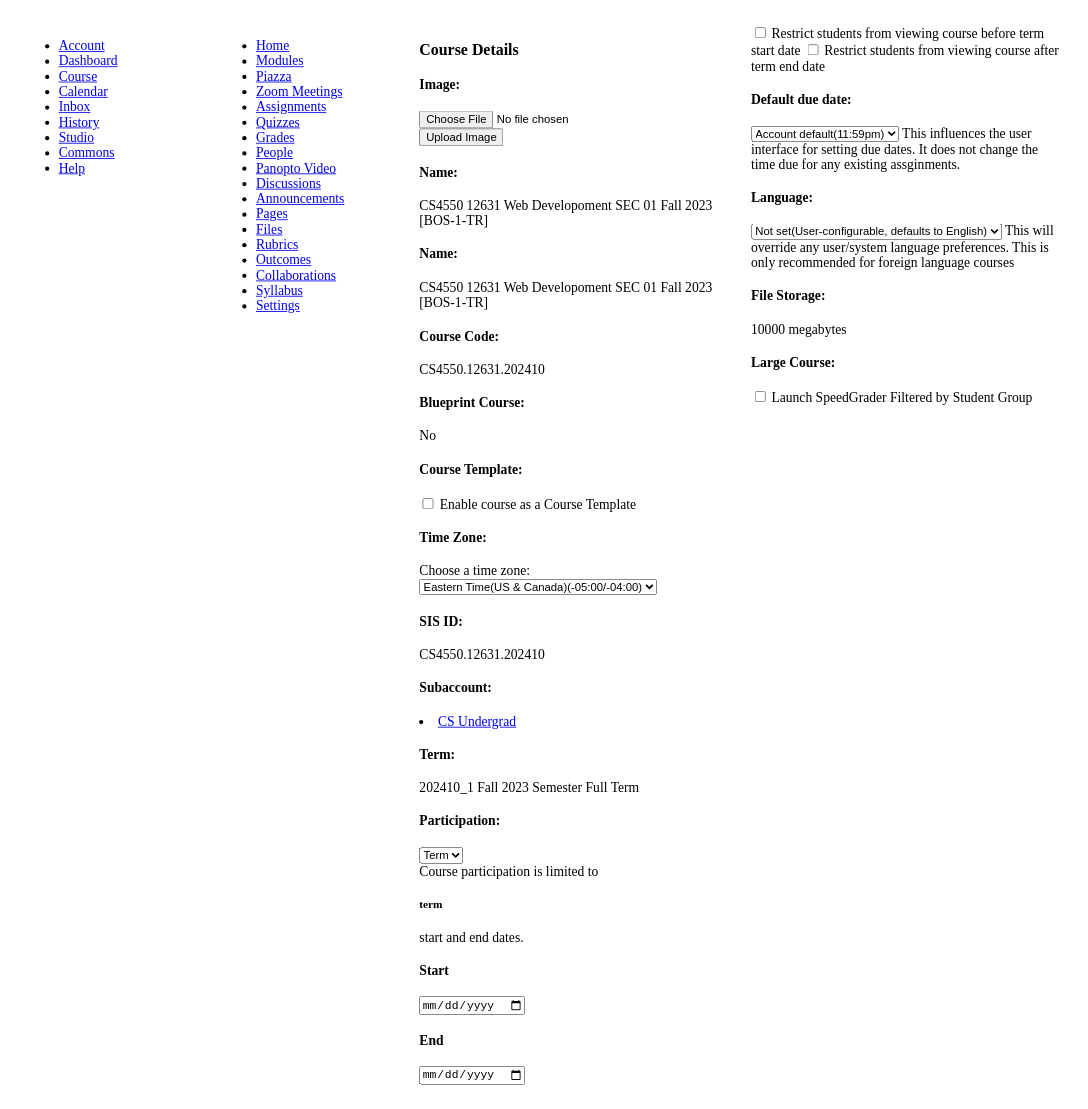
Repository: yuqiant/kanbas-react-web-app
Page: public/kanbas/coursesetting.html
The author's editor kept a copy of each file at every save. The page is drawn from the files as they stood at one save, then again after the next save.
The browser window is 1280 px wide. The pictures show the whole page, at 85% of full size.

Above is the page before, as saved 2023-09-16 15:53:21.

After the next save:
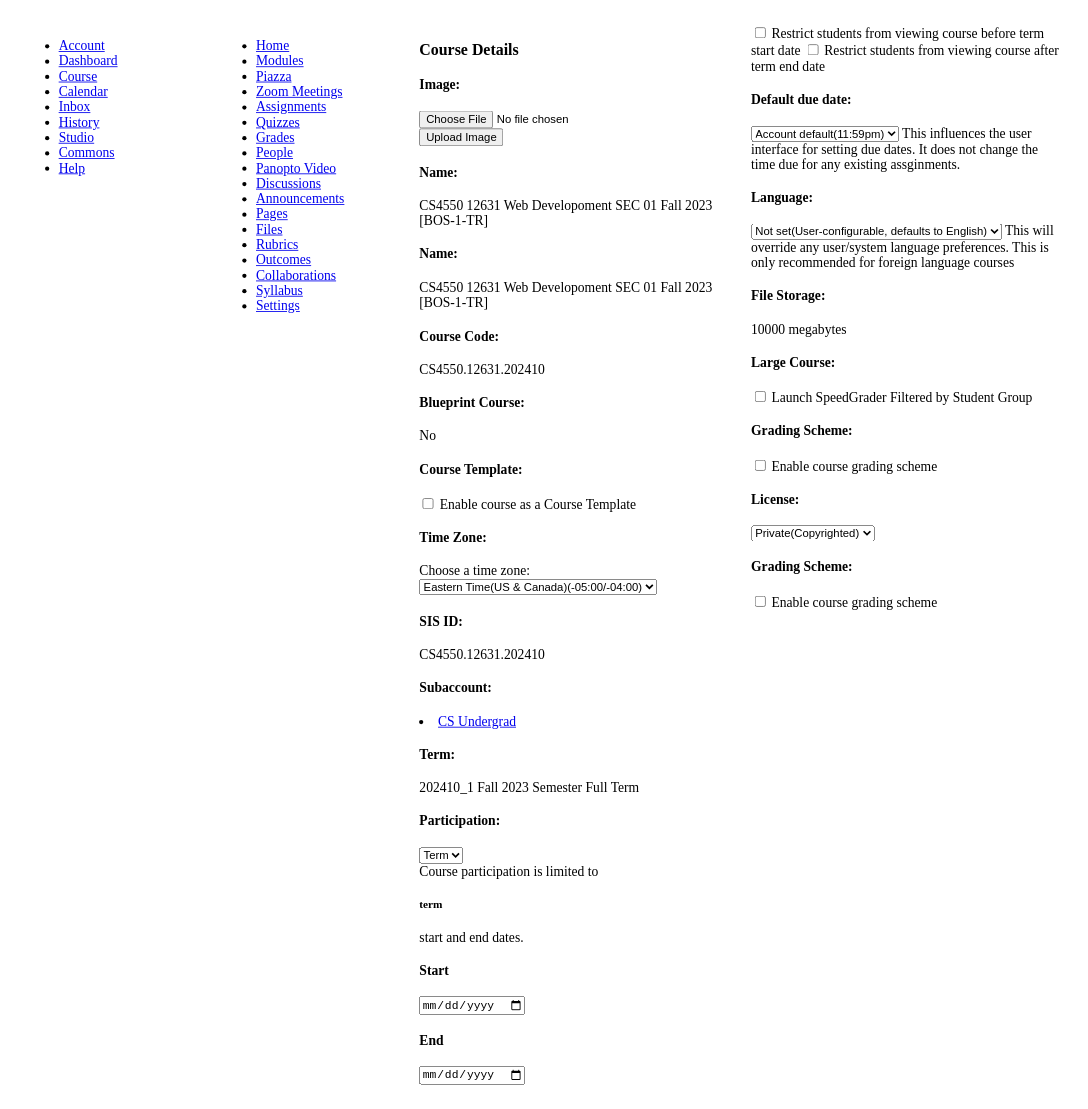
Saved 2 min 2 s later.
--- a/public/kanbas/coursesetting.html
+++ b/public/kanbas/coursesetting.html
@@ -141,6 +141,18 @@
                 <input type="checkbox" value="largecourse" name="check-largecourse" id="chkbox-largecourse" />
                 <label for="chkbox-largecourse">Launch SpeedGrader Filtered by Student Group</label>
 
+                <h4>Grading Scheme:</h4>
+                <input type="checkbox" value="gradingscheme" name="check-gradingscheme" id="chkbox-gradingscheme" />
+                <label for="chkbox-gradingscheme">Enable course grading scheme</label>
+
+                <h4>License:</h4>
+                <select id="license" name="license">
+                    <option value="license">Private(Copyrighted)</option>
+                </select>
+
+                <h4>Grading Scheme:</h4>
+                <input type="checkbox" value="gradingscheme" name="check-gradingscheme" id="chkbox-gradingscheme" />
+                <label for="chkbox-gradingscheme">Enable course grading scheme</label>
 
 
 
